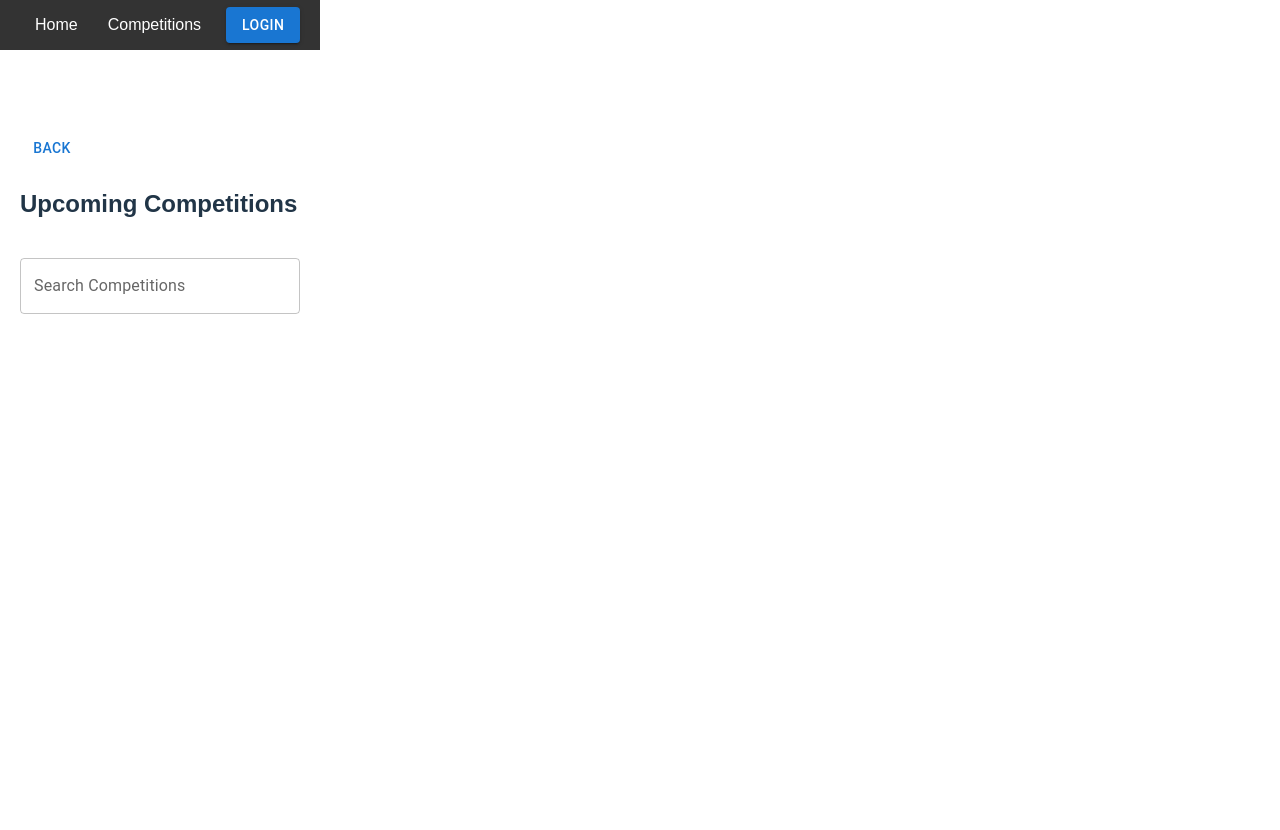
Repository: BWei22/wecube
Page: /competitions
An editor plug-in stored every save of this project. The page is shown before and after the next save, followed by the edit.
The browser window is 1280 px wide. The pictures show the whole page.
The page's requests for data from a server got no answer. The project was rebuilt for these pictures with package versions that can differ from the ones it lists, and the page was loaded fresh each time. No one was signed in, and anything a server would have sent is missing. Also part of the build but not shown: vite.config.js, src/pages/Home.jsx, src/pages/Listings.css, src/pages/Listings.jsx, src/pages/CreateListing.jsx, src/pages/ListingDetails.css, src/pages/ListingDetails.jsx, src/pages/InterestedBuyers.jsx and 10 more.

Above is the page before, as saved 2024-08-01 14:48:10.

### index.html
<!doctype html>
<html lang="en">
  <head>
    <meta charset="UTF-8" />
    <link rel="icon" type="image/svg+xml" href="/vite.svg" />
    <meta name="viewport" content="width=device-width, initial-scale=1.0" />
    <title>WeCube</title>
  </head>
  <body>
    <div id="root"></div>
    <script type="module" src="/src/main.jsx"></script>
  </body>
</html>

### src/App.jsx
import React from 'react';
import { BrowserRouter as Router, Routes, Route } from 'react-router-dom';
import Home from './pages/Home';
import Competitions from './pages/Competitions';
import Listings from './pages/Listings';
import CreateListing from './pages/CreateListing';
import ListingDetails from './pages/ListingDetails';
import InterestedBuyers from './pages/InterestedBuyers';
import Notifications from './pages/Notifications';
import AuthComponent from './components/AuthComponent';
import PrivateRoute from './components/PrivateRoute';
import NavBar from './components/NavBar';
import { ProvideAuth } from './hooks/useAuth';
import Message from './pages/Message';
import Conversations from './pages/Conversations';
import Profile from './pages/Profile';
import './App.css'; // Import the global CSS

const App = () => {
  return (
    <ProvideAuth>
      <Router>
        <NavBar />
        <div className="main-container">
          <Routes>
            <Route path="/" element={<Home />} />
            <Route path="/competitions" element={<Competitions />} />
            <Route path="/listings/:competitionId" element={<Listings />} />
            <Route path="/create-listing/:competitionId" element={<PrivateRoute><CreateListing /></PrivateRoute>} />
            <Route path="/listing/:listingId" element={<ListingDetails />} />
            <Route path="/interested-buyers/:listingId" element={<PrivateRoute><InterestedBuyers /></PrivateRoute>} />
            <Route path="/notifications" element={<PrivateRoute><Notifications /></PrivateRoute>} />
            <Route path="/auth" element={<AuthComponent />} />
            <Route path="/messages/:listingId" element={<PrivateRoute><Message /></PrivateRoute>} />
            <Route path="/conversations" element={<PrivateRoute><Conversations /></PrivateRoute>} />
            <Route path="/profile" element={<PrivateRoute><Profile /></PrivateRoute>} />
          </Routes>
        </div>
      </Router>
    </ProvideAuth>
  );
};

export default App;

### src/pages/Competitions.jsx
import React, { useEffect, useState } from "react";
import { useNavigate } from "react-router-dom";
import Flag from "react-world-flags";
import TextField from "@mui/material/TextField";
import "./Competitions.css"; // Import the CSS file for styling
import Button from '@mui/material/Button';

const Competitions = () => {
  const [competitions, setCompetitions] = useState([]);
  const [searchQuery, setSearchQuery] = useState("");
  const navigate = useNavigate();

  useEffect(() => {
    fetch('https://raw.githubusercontent.com/robiningelbrecht/wca-rest-api/master/api/competitions-page-1.json')
      .then(response => response.json())
      .then(data => {
        const upcomingCompetitions = data.items
          .filter(comp => new Date(comp.date.from) >= new Date())
          .sort((a, b) => new Date(a.date.from) - new Date(b.date.from)); // Sort competitions chronologically
        setCompetitions(upcomingCompetitions);
      })
      .catch(error => console.error('Error fetching competitions:', error));
  }, []);

  const handleCompetitionClick = (competitionId) => {
    navigate(`/listings/${competitionId}`);
  };

  const handleSearchChange = (event) => {
    setSearchQuery(event.target.value);
  };

  const filteredCompetitions = competitions.filter(comp =>
    comp.name.toLowerCase().includes(searchQuery.toLowerCase()) ||
    comp.city.toLowerCase().includes(searchQuery.toLowerCase())
  );

  const handleGoBack = () => {
    navigate("/");
  };

  const formatDateRange = (from, till) => {
    const fromDate = new Date(from);
    const tillDate = new Date(till);
    const options = { year: 'numeric', month: 'short', day: 'numeric' };

    if (fromDate.toDateString() === tillDate.toDateString()) {
      return fromDate.toLocaleDateString(undefined, options);
    } else {
      return `${fromDate.toLocaleDateString(undefined, options)} - ${tillDate.toLocaleDateString(undefined, options)}`;
    }
  };

  return (
    <div className="competitions">
      <Button onClick={handleGoBack}>Back</Button>
      <h2>Upcoming Competitions</h2>
      <TextField
        label="Search Competitions"
        variant="outlined"
        fullWidth
        margin="normal"
        value={searchQuery}
        onChange={handleSearchChange}
      />
      <ul className="competitions-list">
        {filteredCompetitions.map(comp => (
          <li key={comp.id} className="competition-item" onClick={() => handleCompetitionClick(comp.id)}>
            <div className="competition-flag">
              <Flag code={comp.country} height="24" />
            </div>
            <div className="competition-details">
              <span className="competition-name">{comp.name}</span>
              <span className="competition-date">
                {formatDateRange(comp.date.from, comp.date.till)}
              </span>
            </div>
          </li>
        ))}
      </ul>
    </div>
  );
};

export default Competitions;

### src/components/NavBar.jsx
import React, { useState, useEffect } from 'react';
import { Link, useNavigate } from 'react-router-dom';
import { useAuth } from '../hooks/useAuth';
import { db } from '../firebaseConfig';
import { collection, query, where, onSnapshot, doc, getDoc } from 'firebase/firestore';
import Badge from '@mui/material/Badge';
import Button from '@mui/material/Button';
import './NavBar.css';

const NavBar = () => {
  const auth = useAuth();
  const navigate = useNavigate();
  const [newMessages, setNewMessages] = useState(0);
  const [username, setUsername] = useState('');

  useEffect(() => {
    if (!auth.currentUser) {
      return;
    }

    const fetchUsername = async () => {
      const userDocRef = doc(db, 'users', auth.currentUser.uid);
      const userDocSnap = await getDoc(userDocRef);
      if (userDocSnap.exists()) {
        setUsername(userDocSnap.data().username);
      }
    };

    fetchUsername();

    const q = query(collection(db, 'messages'), where('recipientId', '==', auth.currentUser.uid), where('isRead', '==', false));
    const unsubscribe = onSnapshot(q, (querySnapshot) => {
      setNewMessages(querySnapshot.size);
    });

    return () => unsubscribe();
  }, [auth.currentUser]);

  const handleLogout = () => {
    auth.signout(() => navigate('/'));
  };

  return (
    <div className="navbar">
      <div className="navbar-left">
        <Link to="/">Home</Link>
        <Link to="/competitions">Competitions</Link>
      </div>
      <div className="navbar-right">
        {auth.user ? (
          <>
            <span className="navbar-username">Hello, {username}</span>
            <Badge badgeContent={newMessages} color="error">
              <Link to="/conversations">Conversations</Link>
            </Badge>
            <Link to="/profile">Profile</Link>
            <Button onClick={handleLogout} variant="contained" color="secondary">Logout</Button>
          </>
        ) : (
          <Button onClick={() => navigate('/auth')} variant="contained" color="primary">Login</Button>
        )}
      </div>
    </div>
  );
};

export default NavBar;

### src/hooks/useAuth.jsx
import React, { useState, useEffect, useContext, createContext } from 'react';
import { getAuth, signInWithPopup, GoogleAuthProvider, signOut } from 'firebase/auth';

const authContext = createContext();

export function ProvideAuth({ children }) {
  const auth = useProvideAuth();
  return <authContext.Provider value={auth}>{children}</authContext.Provider>;
}

export const useAuth = () => {
  return useContext(authContext);
};

function useProvideAuth() {
  const [user, setUser] = useState(null);

  const signinWithGoogle = async () => {
    const auth = getAuth();
    const provider = new GoogleAuthProvider();
    await signInWithPopup(auth, provider);
    setUser(auth.currentUser);
  };

  const signout = async (callback) => {
    const auth = getAuth();
    await signOut(auth);
    setUser(null);
    if (callback) callback();
  };

  useEffect(() => {
    const auth = getAuth();
    const unsubscribe = auth.onAuthStateChanged((user) => {
      if (user) {
        setUser(user);
      } else {
        setUser(null);
      }
    });

    return () => unsubscribe();
  }, []);

  return {
    user,
    signinWithGoogle,
    signout,
  };
}

### src/App.css
/* src/App.css */

body, html {
  margin: 0;
  padding: 0;
  height: 100%;
  width: 100%;
  font-family: Arial, sans-serif;
}

#root {
  height: 100%;
}

.main-container {
  display: flex;
  flex-direction: column;
  height: 100vh;
  padding-top: 60px; /* Adjust based on navbar height */
}

### src/pages/Competitions.css
/* src/pages/Competitions.css */
.competitions {
    padding: 20px;
    text-align: left;
  }

  .competitions-list {
    list-style: none;
    padding: 0;
    margin: 0;
  }

  .competition-item {
    display: flex;
    align-items: center;
    padding: 10px 0;
    border-bottom: 1px solid #ddd;
    cursor: pointer;
    transition: background-color 0.2s;
  }

  .competition-item:hover {
    background-color: #f9f9f9;
  }

  .competition-flag {
    flex-shrink: 0;
    margin-right: 15px;
  }

  .competition-flag img {
    width: 32px;
    height: 24px;
    border-radius: 2px;
  }

  .competition-details {
    display: flex;
    flex-direction: column;
  }

  .competition-name {
    font-size: 16px;
    font-weight: bold;
    color: #333;
  }

  .competition-date {
    font-size: 14px;
    color: #888;
  }

### src/firebaseConfig.js
// src/firebaseConfig.js
import { initializeApp } from "firebase/app";
import { getFirestore } from "firebase/firestore";
import { getAuth, onAuthStateChanged, GoogleAuthProvider, signInWithPopup } from "firebase/auth";

const firebaseConfig = {
  apiKey: "AIzaSyDYb4aSYo2bUTjyhVYMKNBykxSJtt_21Po",
  authDomain: "wecube-e0d78.firebaseapp.com",
  projectId: "wecube-e0d78",
  storageBucket: "wecube-e0d78.appspot.com",
  messagingSenderId: "412392652109",
  appId: "1:412392652109:web:bc3ad839badcf48e85cb04",
  measurementId: "G-3J43PF4YX8"
};

const app = initializeApp(firebaseConfig);
const db = getFirestore(app);
const auth = getAuth(app);
const provider = new GoogleAuthProvider();

onAuthStateChanged(auth, (user) => {
  if (user) {
    console.log("User is signed in", user);
  } else {
    console.log("No user is signed in");
  }
});

export { db, auth, provider };

### src/components/NavBar.css
/* src/components/NavBar.css */

.navbar {
  display: flex;
  justify-content: space-between;
  align-items: center;
  height: 50px;
  background-color: #333;
  color: white;
  padding: 0 20px;
}

.navbar-left,
.navbar-right {
  display: flex;
  align-items: center;
}

.navbar a {
  color: white;
  text-decoration: none;
  padding: 0 15px;
}

.navbar .navbar-right .MuiBadge-root {
  margin-right: 15px;
}

.navbar .MuiButton-root {
  margin-left: 10px;
}

Loaded but not shown: src/main.jsx (common file); src/index.css (common file)

After the next save:
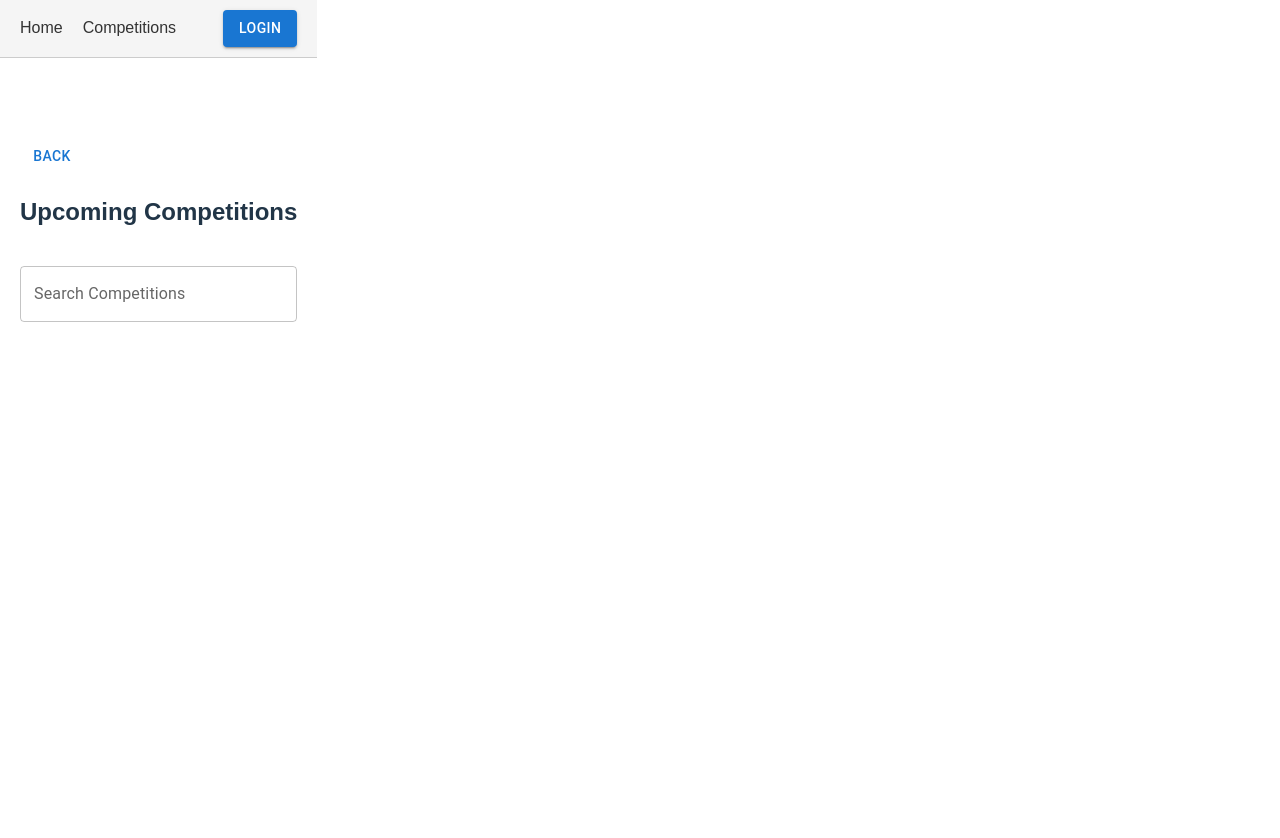
Saved 20 s later.
--- a/src/components/NavBar.css
+++ b/src/components/NavBar.css
@@ -4,28 +4,29 @@
   display: flex;
   justify-content: space-between;
   align-items: center;
-  height: 50px;
-  background-color: #333;
-  color: white;
-  padding: 0 20px;
+  padding: 10px 20px;
+  background-color: #f5f5f5;
+  border-bottom: 1px solid #ccc;
 }
 
-.navbar-left,
+.navbar-left a,
+.navbar-right a {
+  margin-right: 20px;
+  text-decoration: none;
+  color: #333;
+}
+
+.navbar-username {
+  margin-right: 20px;
+  font-size: 16px;
+  color: #333;
+}
+
 .navbar-right {
   display: flex;
   align-items: center;
 }
 
-.navbar a {
-  color: white;
-  text-decoration: none;
-  padding: 0 15px;
-}
-
-.navbar .navbar-right .MuiBadge-root {
-  margin-right: 15px;
-}
-
-.navbar .MuiButton-root {
+.navbar-right .MuiButton-root {
   margin-left: 10px;
 }
